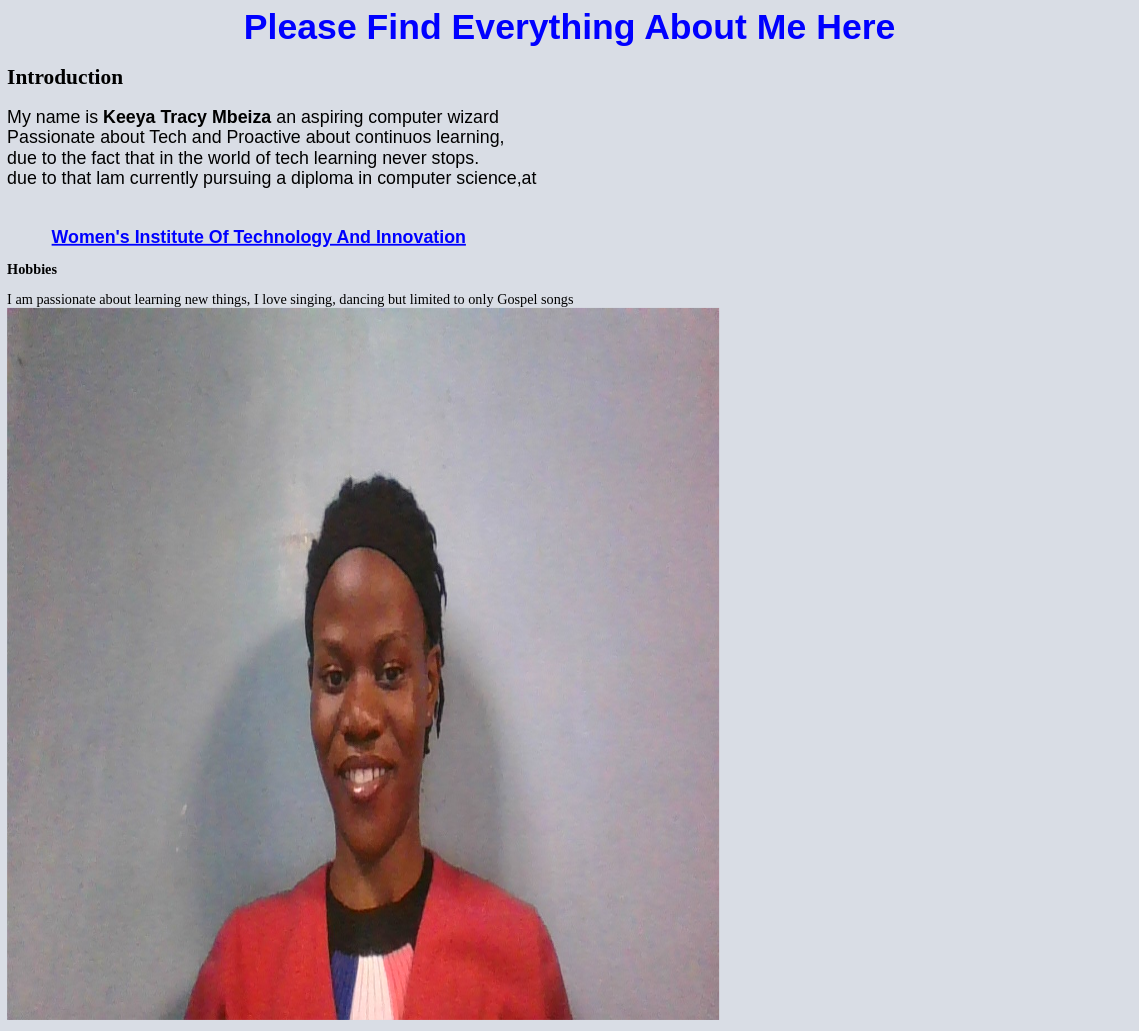
Repository: tracykeeya/my_first_web
Page: index.html
An editor plug-in stored every save of this project. The page is shown before and after the next save, followed by the edit.
The browser window is 1280 px wide. The pictures show the whole page, at 89% of full size.

Above is the page before, as saved 2025-11-03 11:11:33.

### index.html
<!DOCTYPE html>
<html lang="en">
<head>
    <meta charset="UTF-8">
    <meta name="viewport" content="width=device-width, initial-scale=1.0">
    <title>My First Web Page</title>
</head>
<body style="background-color: rgb(217, 221, 229)">
    <h1 style="margin: 0 auto; text-align: center; color: blue; font-size: 40px; font-family: Arial, Helvetica, sans-serif;">Please Find Everything About Me Here</h1>
    <h2>Introduction</h2>

    <p style="font-size: 20px; font-family: Arial, Helvetica, sans-serif; text-align: left; color: rgb(0, 0, 0)">My name is<strong> Keeya Tracy Mbeiza</strong> an aspiring computer wizard<br>Passionate about Tech and Proactive about continuos learning,<br> due to the fact that in the world of tech learning never stops.<br> due to that lam currently pursuing a diploma in computer science,at<br>
        </br></p>
    <a href="https://www.witi.ac.ug/" style="position: relative; left: 50px; color: rgb(0, 0, 255); font-size: 20px; font-family: Arial, Helvetica, sans-serif"><b> Women's Institute Of Technology And Innovation</b></a>

    <p><b>Hobbies</b></p>
    I am passionate about learning new things,
    I love singing, dancing but limited to only Gospel songs


    <!-- <img src="https://www.witi.ac.ug/wp-content/uploads/2020/08/WhatsApp-Image-2020-08-14-at-11.16.16-AM.jpeg" alt=""> -->
    <img src="/Tracy.jpg " alt="" width="800" height="800";>

</body>
</html>

After the next save:
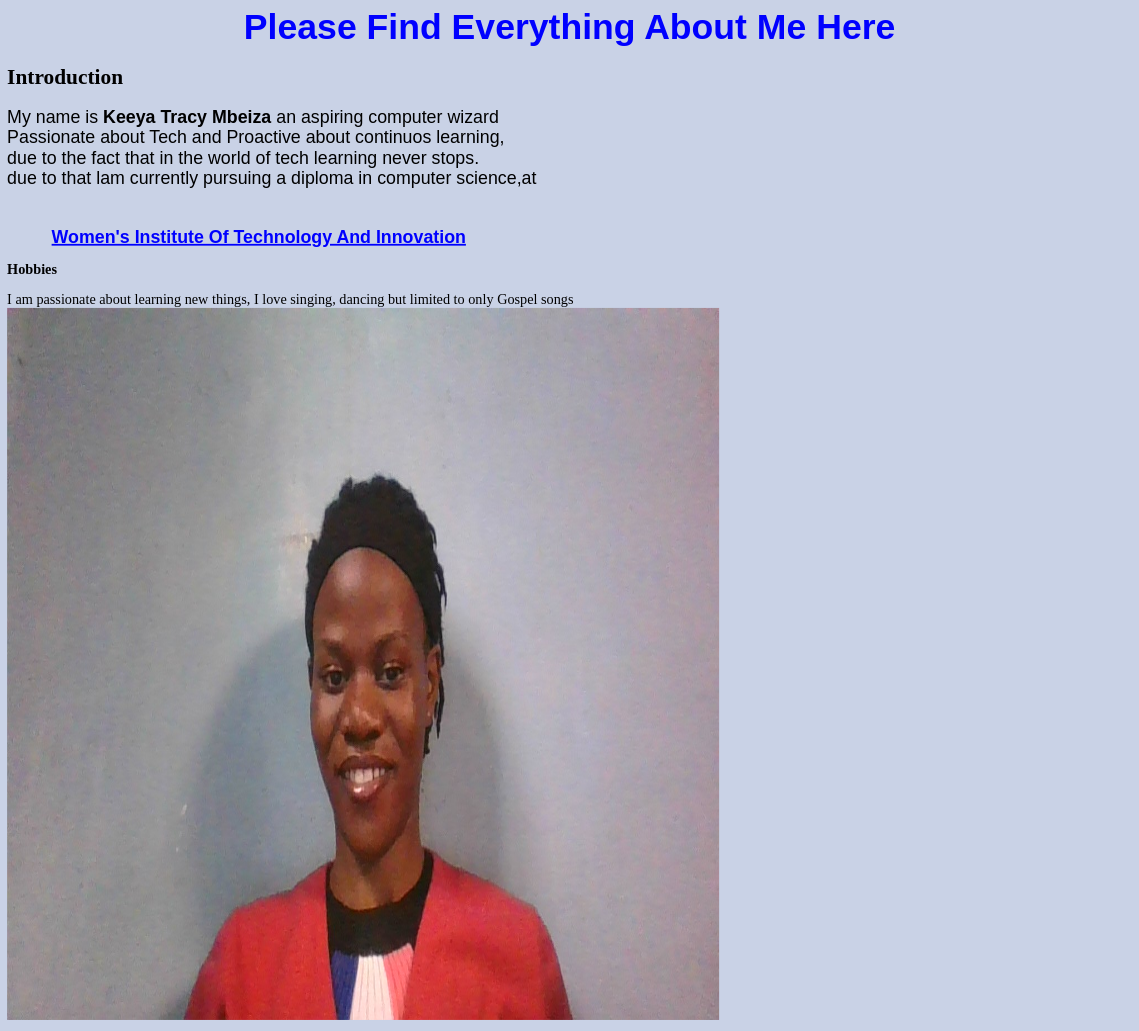
Saved 75 s later.
--- a/index.html
+++ b/index.html
@@ -5,7 +5,7 @@
     <meta name="viewport" content="width=device-width, initial-scale=1.0">
     <title>My First Web Page</title>
 </head>
-<body style="background-color: rgb(217, 221, 229)">
+<body style="background-color: rgb(201, 210, 230)">
     <h1 style="margin: 0 auto; text-align: center; color: blue; font-size: 40px; font-family: Arial, Helvetica, sans-serif;">Please Find Everything About Me Here</h1>
     <h2>Introduction</h2>
 
